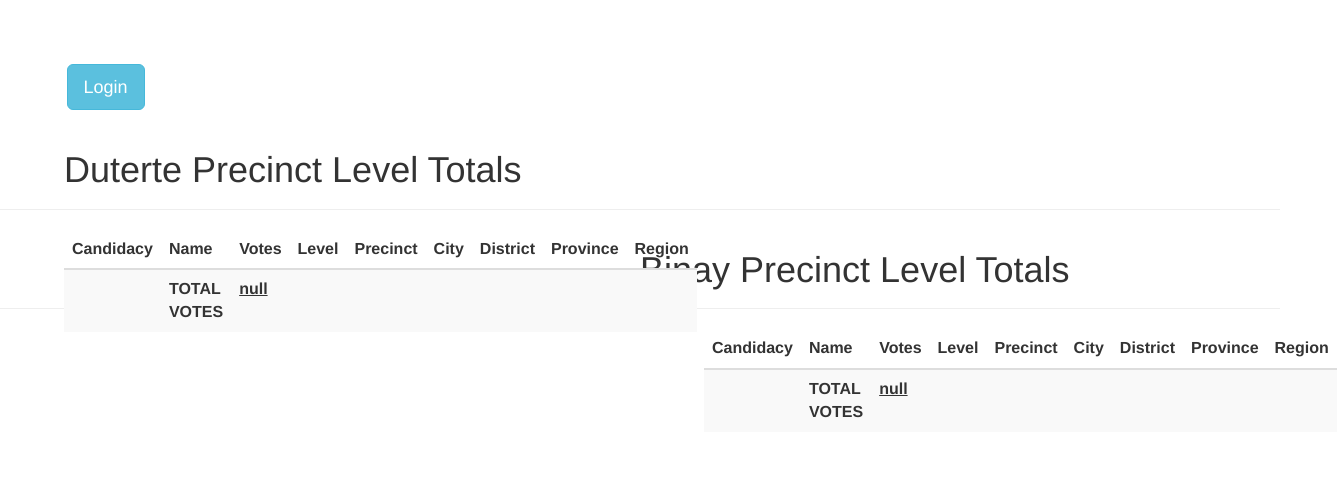
Repository: acbalutan/softdev-cencas-team_apink
Page: http://localhost/AES/index.jsp
These files come from the project's save history. The page is drawn as it stood at one moment and after the next save; the edit follows.
The browser window is 1280 px wide. The page is 1337 px wide, then 1280 px, so the pictures cover 1337 px, including what lies to the right of the window. The pictures show the whole page.
The page is served by Tomcat 9. Queries for data that is not in the repository find no rows.

Above is the page before, as saved 2016-02-26 11:03:29.
Console error (its wording comes from the project's code and is left out).

After the next save:
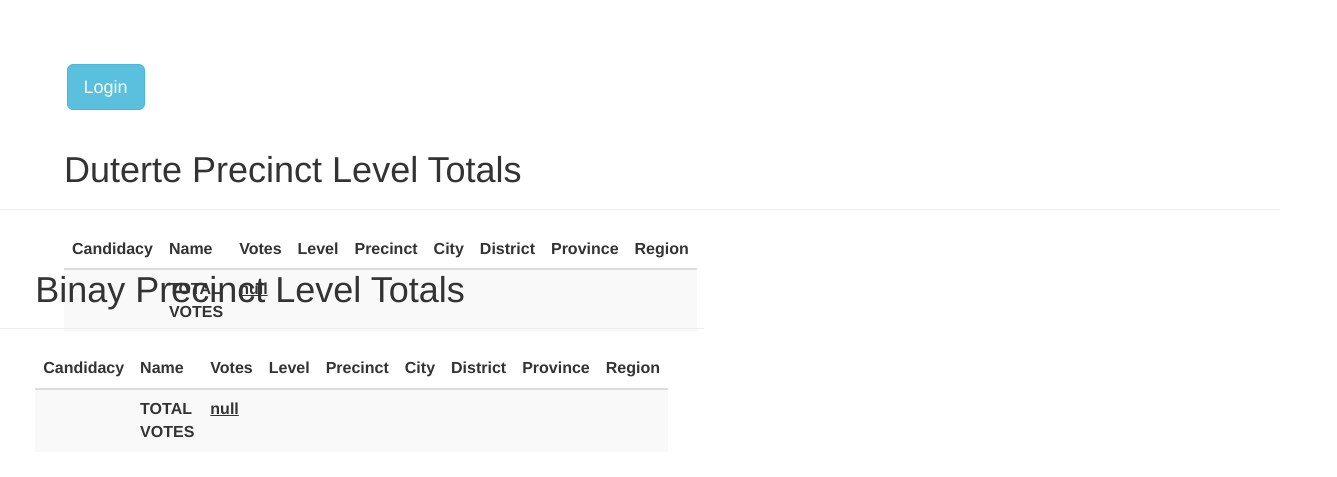
Saved 14 s later.
--- a/workspace/AES/WebContent/index.jsp
+++ b/workspace/AES/WebContent/index.jsp
@@ -79,7 +79,7 @@
 	</table>
 </div>
 
-<div>
+<div style="position: absolute;">
 	<div class="page-header" style="padding-left: 5%;">
 		<h1>Binay Precinct Level Totals</h1>
 	</div>
